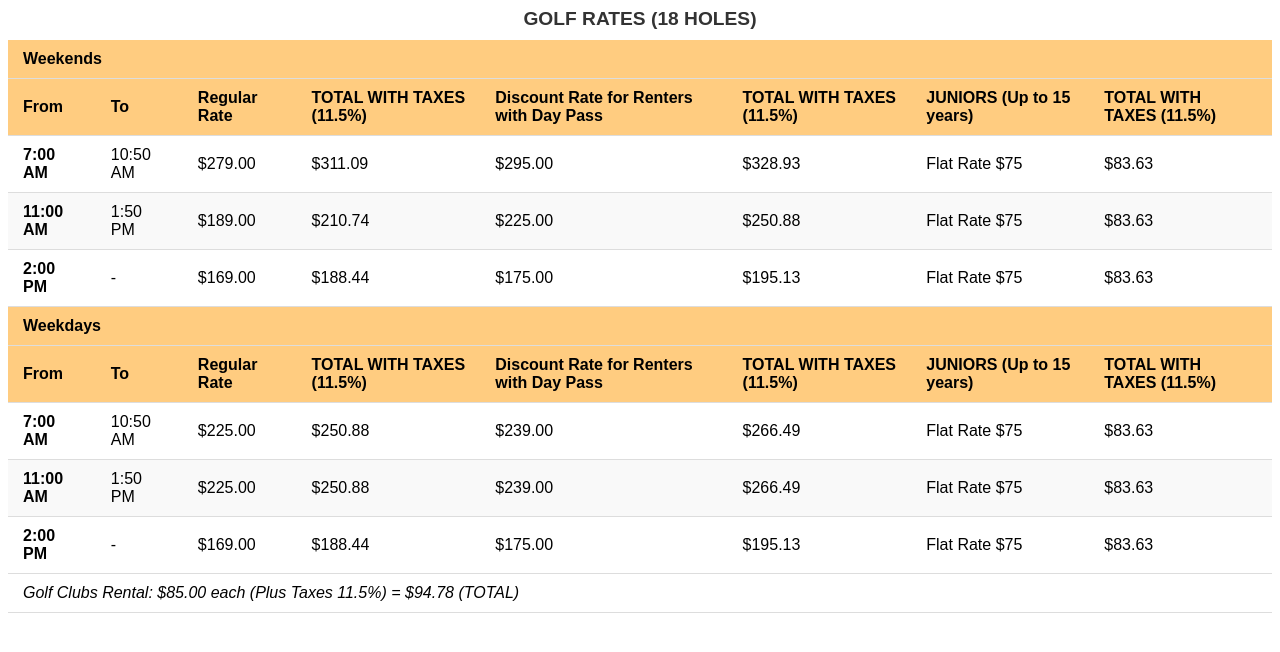
Repository: chvg1968/luxephonebook
Page: public/pages/golfrates.html
The author's editor kept a copy of each file at every save. The page is drawn from the files as they stood at one save, then again after the next save.
The browser window is 1280 px wide. The pictures show the whole page.

Above is the page before, as saved 2025-01-23 16:54:06.

### public/pages/golfrates.html
<!DOCTYPE html>
<html lang="en">
<head>
    <meta charset="UTF-8">
    <meta name="viewport" content="width=device-width, initial-scale=1.0">
    <title>Document</title>
    <link rel="stylesheet" href="/public/assets/styles/components/table.css">
</head>
<body>
    <table>
        <caption>GOLF RATES (18 HOLES)</caption>
        <thead>
          <tr>
            <th colspan="8">Weekends</th>
          </tr>
          <tr>
            <th>From</th>
            <th>To</th>
            <th>Regular Rate</th>
            <th>TOTAL WITH TAXES (11.5%)</th>
            <th>Discount Rate for Renters with Day Pass</th>
            <th>TOTAL WITH TAXES (11.5%)</th>
            <th>JUNIORS (Up to 15 years)</th>
            <th>TOTAL WITH TAXES (11.5%)</th>
          </tr>
        </thead>
        <tbody>
          <tr>
            <th>7:00 AM</th>
            <td>10:50 AM</td>
            <td>$279.00</td>
            <td>$311.09</td>
            <td>$295.00</td>
            <td>$328.93</td>
            <td>Flat Rate $75</td>
            <td>$83.63</td>
          </tr>
          <tr>
            <th>11:00 AM</th>
            <td>1:50 PM</td>
            <td>$189.00</td>
            <td>$210.74</td>
            <td>$225.00</td>
            <td>$250.88</td>
            <td>Flat Rate $75</td>
            <td>$83.63</td>
          </tr>
          <tr>
            <th>2:00 PM</th>
            <td>-</td>
            <td>$169.00</td>
            <td>$188.44</td>
            <td>$175.00</td>
            <td>$195.13</td>
            <td>Flat Rate $75</td>
            <td>$83.63</td>
          </tr>
        </tbody>
        <thead>
          <tr>
            <th colspan="8">Weekdays</th>
          </tr>
          <tr>
            <th>From</th>
            <th>To</th>
            <th>Regular Rate</th>
            <th>TOTAL WITH TAXES (11.5%)</th>
            <th>Discount Rate for Renters with Day Pass</th>
            <th>TOTAL WITH TAXES (11.5%)</th>
            <th>JUNIORS (Up to 15 years)</th>
            <th>TOTAL WITH TAXES (11.5%)</th>
          </tr>
        </thead>
        <tbody>
          <tr>
            <th>7:00 AM</th>
            <td>10:50 AM</td>
            <td>$225.00</td>
            <td>$250.88</td>
            <td>$239.00</td>
            <td>$266.49</td>
            <td>Flat Rate $75</td>
            <td>$83.63</td>
          </tr>
          <tr>
            <th>11:00 AM</th>
            <td>1:50 PM</td>
            <td>$225.00</td>
            <td>$250.88</td>
            <td>$239.00</td>
            <td>$266.49</td>
            <td>Flat Rate $75</td>
            <td>$83.63</td>
          </tr>
          <tr>
            <th>2:00 PM</th>
            <td>-</td>
            <td>$169.00</td>
            <td>$188.44</td>
            <td>$175.00</td>
            <td>$195.13</td>
            <td>Flat Rate $75</td>
            <td>$83.63</td>
          </tr>
        </tbody>
        <tfoot>
          <tr>
            <td colspan="8">Golf Clubs Rental: $85.00 each (Plus Taxes 11.5%) = $94.78 (TOTAL)</td>
          </tr>
        </tfoot>
    </table>
</body>
</html>

### public/assets/styles/components/table.css
table {
    border-collapse: collapse;
    width: 100%;
    font-family: sans-serif;
    margin-bottom: 20px;
  }

  caption {
    font-size: 1.2em;
    font-weight: bold;
    margin-bottom: 10px;
    color: #333;
  }

  thead tr {
    background-color: #ffcc80; /* Light orange for header background */
    color: #000; /* Black for header text */
  }

  th, td {
    padding: 10px 15px;
    text-align: left;
    border-bottom: 1px solid #ddd; /* Light grey bottom border for rows */
  }

  th {
    font-weight: bold;
  }

  tbody tr:nth-child(even) {
    background-color: #f9f9f9; /* Very light grey for even rows for subtle contrast */
  }

  tfoot td {
    padding: 10px 15px;
    text-align: left;
    font-style: italic;
    border-top: 1px solid #ddd; /* Light grey top border for footer */
  }

After the next save:
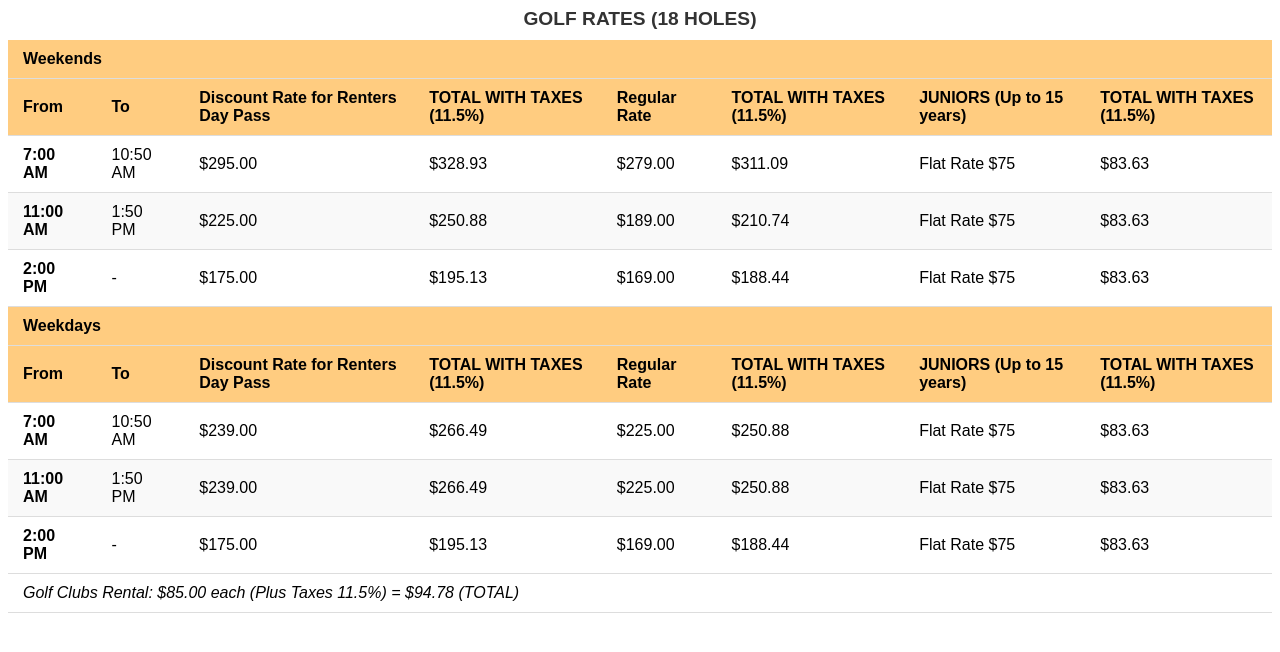
Saved 4 min 22 s later.
--- a/public/pages/golfrates.html
+++ b/public/pages/golfrates.html
@@ -16,9 +16,9 @@
           <tr>
             <th>From</th>
             <th>To</th>
+            <th>Discount Rate for Renters Day Pass</th>
+            <th>TOTAL WITH TAXES (11.5%)</th>
             <th>Regular Rate</th>
-            <th>TOTAL WITH TAXES (11.5%)</th>
-            <th>Discount Rate for Renters with Day Pass</th>
             <th>TOTAL WITH TAXES (11.5%)</th>
             <th>JUNIORS (Up to 15 years)</th>
             <th>TOTAL WITH TAXES (11.5%)</th>
@@ -28,30 +28,30 @@
           <tr>
             <th>7:00 AM</th>
             <td>10:50 AM</td>
+            <td>$295.00</td>
+            <td>$328.93</td>
             <td>$279.00</td>
             <td>$311.09</td>
-            <td>$295.00</td>
-            <td>$328.93</td>
             <td>Flat Rate $75</td>
             <td>$83.63</td>
           </tr>
           <tr>
             <th>11:00 AM</th>
             <td>1:50 PM</td>
+            <td>$225.00</td>
+            <td>$250.88</td>
             <td>$189.00</td>
             <td>$210.74</td>
-            <td>$225.00</td>
-            <td>$250.88</td>
             <td>Flat Rate $75</td>
             <td>$83.63</td>
           </tr>
           <tr>
             <th>2:00 PM</th>
             <td>-</td>
+            <td>$175.00</td>
+            <td>$195.13</td>
             <td>$169.00</td>
             <td>$188.44</td>
-            <td>$175.00</td>
-            <td>$195.13</td>
             <td>Flat Rate $75</td>
             <td>$83.63</td>
           </tr>
@@ -63,9 +63,9 @@
           <tr>
             <th>From</th>
             <th>To</th>
+            <th>Discount Rate for Renters Day Pass</th>
+            <th>TOTAL WITH TAXES (11.5%)</th>
             <th>Regular Rate</th>
-            <th>TOTAL WITH TAXES (11.5%)</th>
-            <th>Discount Rate for Renters with Day Pass</th>
             <th>TOTAL WITH TAXES (11.5%)</th>
             <th>JUNIORS (Up to 15 years)</th>
             <th>TOTAL WITH TAXES (11.5%)</th>
@@ -75,30 +75,30 @@
           <tr>
             <th>7:00 AM</th>
             <td>10:50 AM</td>
+            <td>$239.00</td>
+            <td>$266.49</td>
             <td>$225.00</td>
             <td>$250.88</td>
-            <td>$239.00</td>
-            <td>$266.49</td>
             <td>Flat Rate $75</td>
             <td>$83.63</td>
           </tr>
           <tr>
             <th>11:00 AM</th>
             <td>1:50 PM</td>
+            <td>$239.00</td>
+            <td>$266.49</td>
             <td>$225.00</td>
             <td>$250.88</td>
-            <td>$239.00</td>
-            <td>$266.49</td>
             <td>Flat Rate $75</td>
             <td>$83.63</td>
           </tr>
           <tr>
             <th>2:00 PM</th>
             <td>-</td>
+            <td>$175.00</td>
+            <td>$195.13</td>
             <td>$169.00</td>
             <td>$188.44</td>
-            <td>$175.00</td>
-            <td>$195.13</td>
             <td>Flat Rate $75</td>
             <td>$83.63</td>
           </tr>
